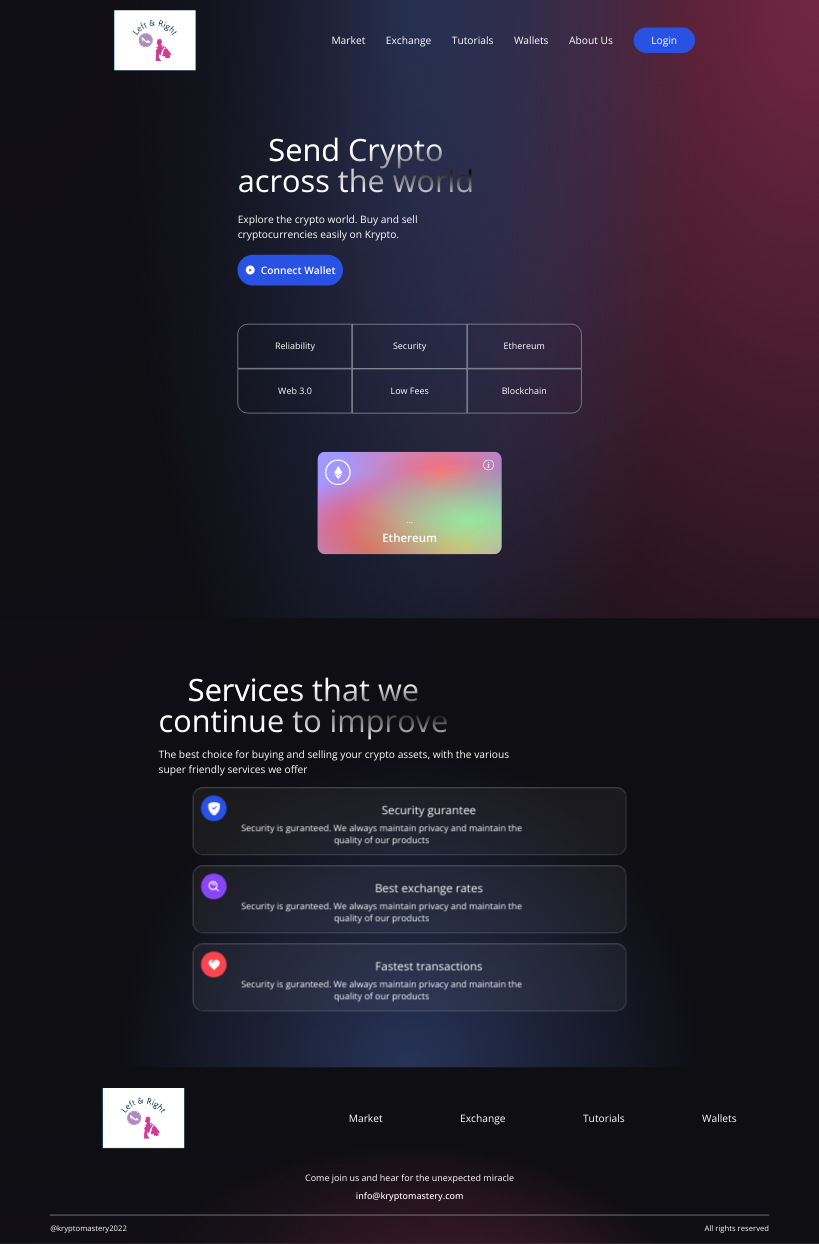
Repository: s6gandhi/Left-Right-Exchange
Page: / (app in client/Shoken/)
These files come from the project's save history. The page is drawn as it stood at one moment and after the next save; the edit follows.
The browser window is 1280 px wide. The pictures show the whole page, at 64% of full size.
The project was rebuilt for these pictures with package versions that can differ from the ones it lists, and the page was loaded fresh each time. Also part of the build but not shown: client/Shoken/vite.config.js.

Above is the page before, as saved 2022-08-08 22:38:50.

After the next save:
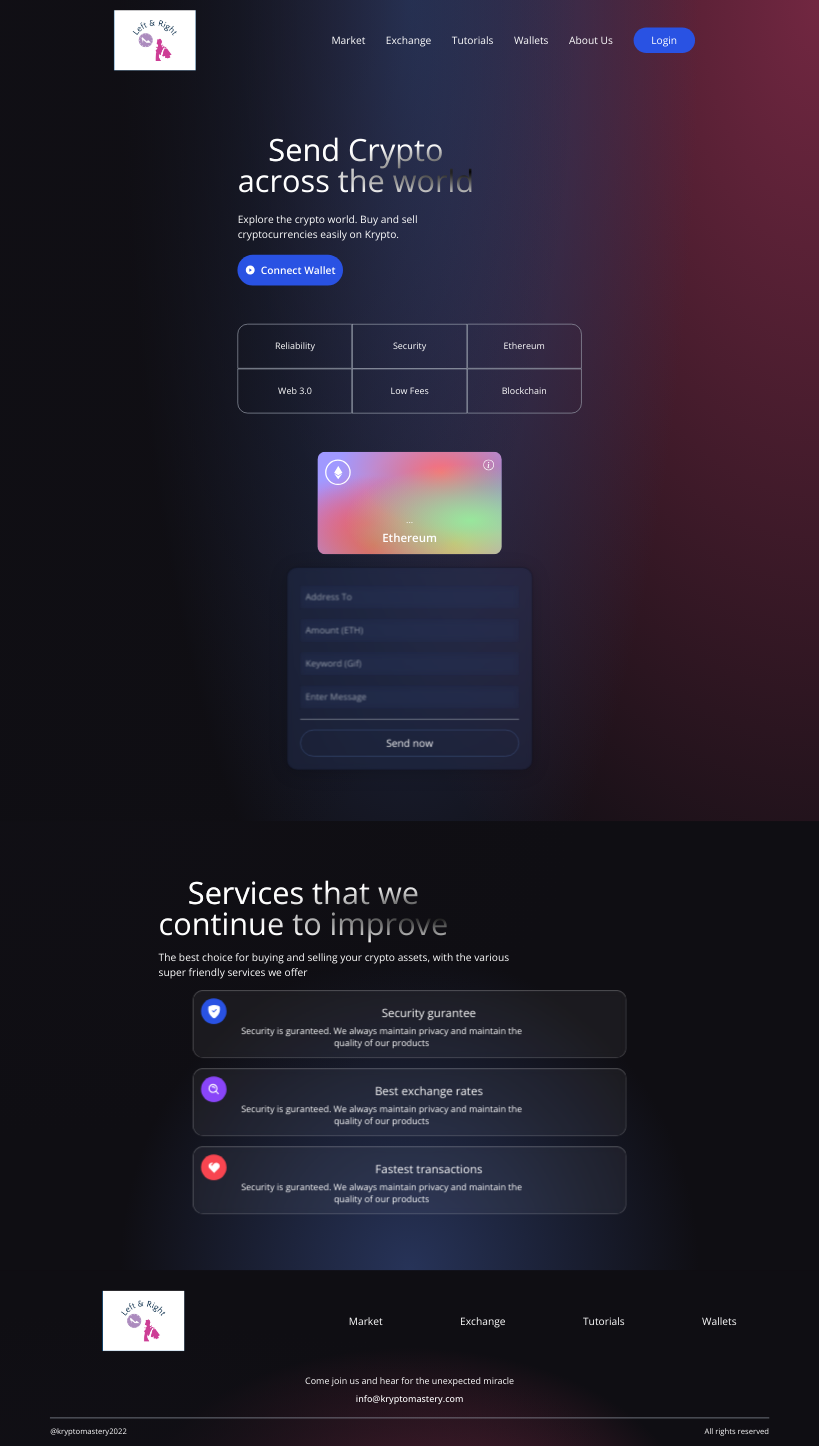
Saved 42 s later.
--- a/client/Shoken/src/components/Welcome.jsx
+++ b/client/Shoken/src/components/Welcome.jsx
@@ -96,15 +96,15 @@ const Welcome = () => {
                             </div>
                         </div>
                     </div>
-                    {/* <div className="p-5 sm:w-96 w-full flex flex-col justify-start items-center blue-glassmorphism">
+                    <div className="p-5 sm:w-96 w-full flex flex-col justify-start items-center blue-glassmorphism">
                         <Input placeholder="Address To" name="addressTo" type="text" handleChange={handleChange} />
                         <Input placeholder="Amount (ETH)" name="amount" type="number" handleChange={handleChange} />
                         <Input placeholder="Keyword (Gif)" name="keyword" type="text" handleChange={handleChange} />
                         <Input placeholder="Enter Message" name="message" type="text" handleChange={handleChange} />
 
-                        <div className="h-[1px] w-full bg-gray-400 my-2" /> */}
+                        <div className="h-[1px] w-full bg-gray-400 my-2" />
 
-                    {/* {isLoading
+                        {isLoading
                             ? <Loader />
                             : (
                                 <button
@@ -116,7 +116,6 @@ const Welcome = () => {
                                 </button>
                             )}
                     </div>
-                </div> */}
                 </div>}
             </div>
         </div>
